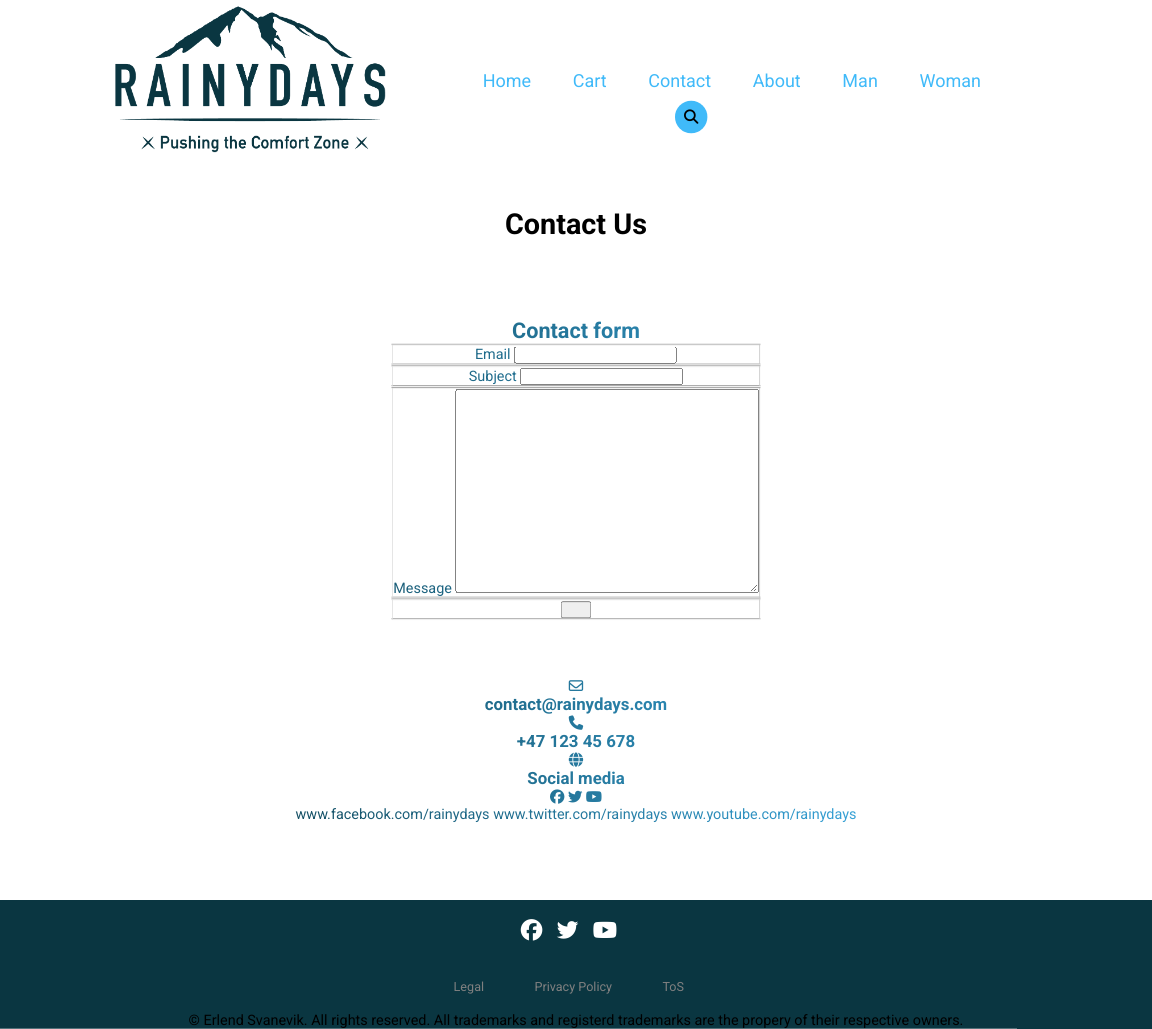
Repository: EpleWasTaken/RainyDays
Page: contact.html
These files come from the project's save history. The page is drawn as it stood at one moment and after the next save; the edit follows.
The browser window is 1280 px wide. The pictures show the whole page, at 90% of full size.
Some web libraries are served in a nearby version.

Above is the page before, as saved 2020-10-31 17:13:24.

After the next save:
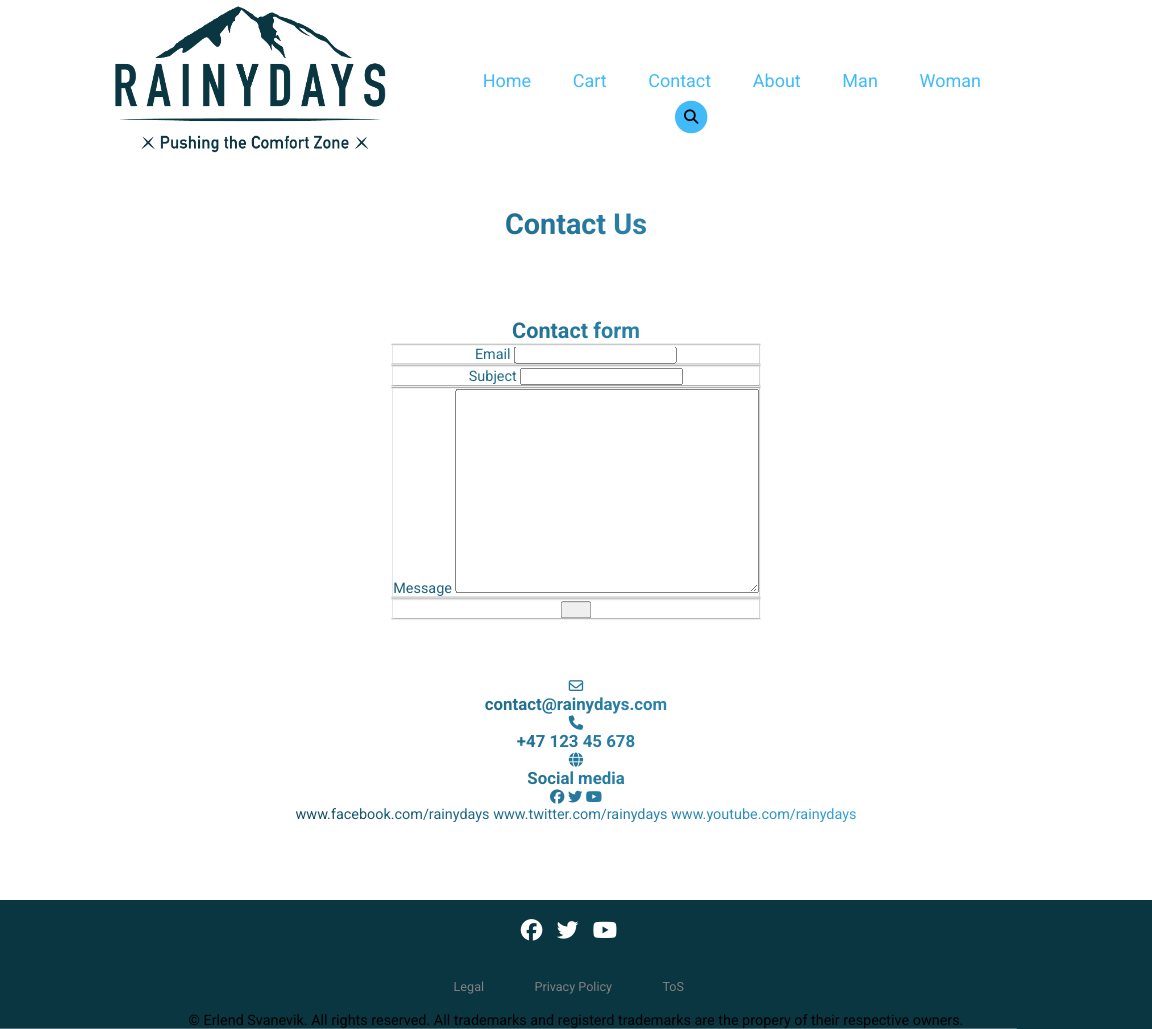
Saved 7 s later.
--- a/css/contact.css
+++ b/css/contact.css
@@ -20,6 +20,9 @@ h1 {
 	align-items: center;
 	justify-content: center;
 	margin: auto;
+	background: linear-gradient(to right, #0a3641, #40baf9);
+	-webkit-background-clip: text;
+	-webkit-text-fill-color: transparent;
 }
 
 .contact-container {
